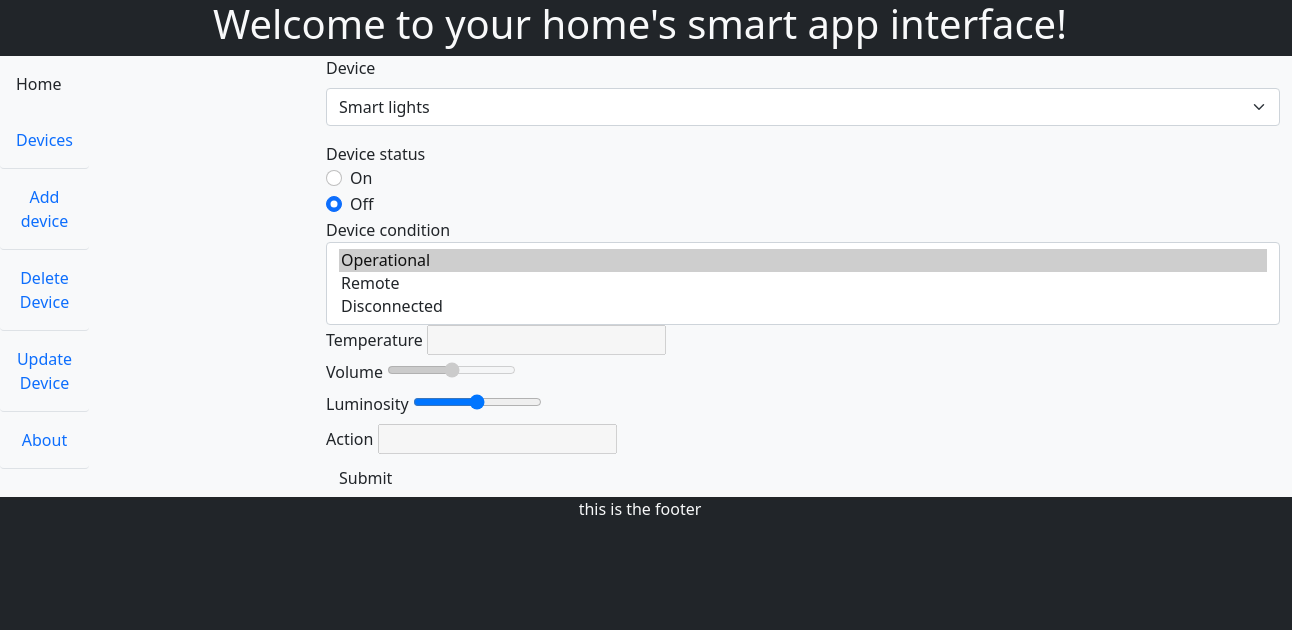
Repository: St-34-lth/stoopid_home
Page: http://localhost/addDevice
These files come from the project's save history. The page is drawn as it stood at one moment and after the next save; the edit follows.
The browser window is 1280 px wide. The page is 1292 px wide, so the pictures cover 1292 px, including what lies to the right of the window. The pictures show the whole page.
The page is served by the project's Node server (index.js).

Above is the page before, as saved 2022-01-14 11:03:11.

### views/addDevice.html


<%- include('templates/base', {title: title, content:content}) %>

### views/templates/base.ejs
<!DOCTYPE html>
<html lang="en">
<head>

          <!--  meta tags -->
          <meta charset="utf-8">
          <meta http-equiv="X-UA-Compatible" content="IE=edge">
          <meta name="viewport" content="width=device-width, initial-scale=1">

          <%- include('scripts',{}) %>


          <title>
                    <%= title %>
          </title>


</head>


<body class='bg-dark'>
          <header>
                    <%-include('header', {}) %>

          </header>


         <!-- navbar -->


          <main>
          <div class='row bg-light text-dark '>
                    <div class='col-lg-3'>
                    <%- include('navbar', {}) %>


                    </div>
                    <% if(content.home){ %>
                             <div class='col-lg'>
                              <%- content.main %>
                              </div>
                    <% }else if(content.about){ %>
                              <div class='col-lg'>
                              <%= content.main %>
                                        </div>
                    <% }else if(content.devicePage){ %>
                              <!-- <%= content.main %> -->

                              <%- include('deviceList', {devices:content.deviceListItems}) %>

                    <% }else if(content.updDevice){ %>
                              <!-- <%= content.main %> -->
                              <%- include('update', {devices:content.deviceListItems,availableDevices:content.availableDevices}) %>

                    <% }else if(content.addDevice){ %>

                              <%- include('add', {availableDevices:content.availableDevices,scripts:content.scripts}) %>

                    <% }else if(content.delDevice){ %>
                              <!-- <%= content.main %> -->
                              <%- include('del', {devices:content.deviceListItems}) %>

                    <% }else { %>
                              <%- include('error', {}) %>
                    <% } %>

          </div>

          </main>

          <footer>
                    <%-include('footer', {}) %>
          </footer>

</body>



</html>

### views/templates/scripts.ejs
<link href="https://cdn.jsdelivr.net/npm/bootstrap@5.1.3/dist/css/bootstrap.min.css" rel="stylesheet"
          integrity="sha384-1BmE4kWBq78iYhFldvKuhfTAU6auU8tT94WrHftjDbrCEXSU1oBoqyl2QvZ6jIW3" crossorigin="anonymous">
<!-- JavaScript Bundle with Popper -->
<script src="https://cdn.jsdelivr.net/npm/bootstrap@5.1.3/dist/js/bootstrap.bundle.min.js"
          integrity="sha384-ka7Sk0Gln4gmtz2MlQnikT1wXgYsOg+OMhuP+IlRH9sENBO0LRn5q+8nbTov4+1p"
          crossorigin="anonymous"></script>

<link rel='stylesheet' href="/styles/styles.css">
<script  src="/scripts/scripts.js"></script>

### views/templates/header.ejs
<div class='row justify-content-center' >
          <div class='col-lg text-light bg-dark text-center'>
                    <h1>Welcome to your home's smart app interface!</h1>
          </div>
</div>

### views/templates/navbar.ejs
<div class="d-flex flex-column flex-shrink-0 bg-light" style="width: 4.5rem;">
          <a href="/" class="d-block p-3 link-dark text-decoration-none" title="" data-bs-toggle="tooltip"
                    data-bs-placement="right" data-bs-original-title="Icon-only">
                    Home
          </a>
          <ul class="nav nav-pills nav-flush flex-column mb-auto text-center">
                    <li class="nav-item">
                              <a href="/devices" class="nav-link py-3 border-bottom" aria-current="page" title=""
                                        data-bs-toggle="tooltip" data-bs-placement="right"
                                        data-bs-original-title="Home">
                                        Devices
                              </a>
                    </li>
                    <li>
                              <a href="/addDevice" class="nav-link py-3 border-bottom" title="" data-bs-toggle="tooltip"
                                        data-bs-placement="right" data-bs-original-title="Dashboard">
                                        Add device
                              </a>
                    </li>
                    <li>
                              <a href="/delDevice" class="nav-link py-3 border-bottom" title="" data-bs-toggle="tooltip"
                                        data-bs-placement="right" data-bs-original-title="Orders">
                                        Delete Device
                              </a>
                    </li>
                    <li>
                              <a href="/updDevice" class="nav-link py-3 border-bottom" title="" data-bs-toggle="tooltip"
                                        data-bs-placement="right" data-bs-original-title="Products">
                                        Update Device
                              </a>
                    </li>
                    <li>
                              <a href="/about" class="nav-link py-3 border-bottom" title="" data-bs-toggle="tooltip"
                                        data-bs-placement="right" data-bs-original-title="about">
                                        About
                              </a>
                    </li>

          </ul>

</div>

### views/templates/add.ejs
<div class='col-lg' >

<script>
addEventListener('DOMContentLoaded',eventHandler,{'once':true})
</script>

<form id="registerDevice" method='post' name="registerDevice" action='registerDevice'>


          <!-- Device name -->


                    <label class='form-label text-dark ' for='deviceName'>Device</label>
                    <select onchange='addPageEventListener(event,availableDevices)' id="selectDeviceName" name='deviceName' class="form-select form-select-md mb-3">
                              <% availableDevices.forEach((device,index) =>  { %>
                                        <option id="<%= index %>"><%= device.name %></option>

                              <% }) %>

                    </select>

          <!-- Status -->
                    <label class='text-dark form label' for='status'>Device status</label>
                    <div class="form-check">
                              <input class="form-check-input property" type="radio" name="status" id="deviceOn" value="1" >
                              <label class="form-check-label" for="flexRadioDefault1">
                                        On
                              </label>
                    </div>
                    <div class="form-check">
                              <input class="form-check-input property" type="radio" name="status" id="deviceOff" value="0" checked>
                              <label class="form-check-label" for="flexRadioDefault2">
                                        Off
                              </label>
                    </div>


          <!-- Condition -->
                    <label for="condition">Device condition</label>
                    <select id="deviceCondition" name="condition" class="form-select property" size="3" aria-label="size 3 select">
                              <option selected>Operational</option>
                              <option value="Remote">Remote</option>
                              <option value="Disconnected">Disconnected</option>

                    </select>
          <!-- Temperature -->
                    <label for="temperature" class="form-label">Temperature</label>
                    <input class='property' disabled type="text" id="deviceTemperature" name="temperature" defaultValue="">

          <!-- Volume -->
                    <div id="volumeContainer">
                    <label class='form-label text-dark' for='volume'>Volume</label>
                    <input onchange="updateVolumeEventListener(this)" class='property'disabled id="deviceVolume"type="range" min="0" max="100" step="1" defaultValue="0"value=""name="volume">
                              <span id="volumeValueContainer"></span>
                    </div>
          <!-- Luminosity -->
          <div id="luminosityContainer">
                    <label class='form-label text-dark' for='luminosity'>Luminosity</label>
                    <input onchange="updateLuminosityEventListener(this)" class='property' disabled id="deviceLuminosity" type="range"
                              min="0" max="100" step="1" defaultValue="0" value="" name="luminosity">
                    <span id="luminosityValueContainer"></span>
          </div>

          <div id="actionContainer">
          <label for="action" class="form-label">Action</label>
          <input class='property' disabled type="text" id="deviceAction" name="action" defaultValue="">
          </div>


                    <div id="error"></div>
          <button form="registerDevice" onClick='validateRegisterForm(availableDevices)' class="btn btn-submit" type="button">Submit</button>
</form>

<script>
var availableDevices = '<%- JSON.stringify(availableDevices) %>'
</script>

<!-- is this necessary? -->
<% if(content.error) {%>
          <script>window.alert('error')</script>
<% } %>
</div>

### views/templates/footer.ejs
<div class='row justify-content-center'>
          <div class='text-center col-lg bg-dark'>
                    <span class='text-light'>this is the footer</span>
          </div>
</div>

### index.js
const express = require('express')

const mysql = require('mysql')
const bodyParser = require('body-parser')
const ejs = require('ejs')
const path = require('path')
const app = express()
const port = 8089
const ejsLint = require('ejs-lint')
const db = mysql.createConnection({
          host: 'localhost',
          user: 'root',
          password: '1337ub3r',
          database: 'home'})

db.connect((err) => {
          if(err)
          {
                    console.log(err);
                    throw err
          }
          else
          {
                    console.log('Connected to database');
          }})

global.db = db

app.set('views',__dirname+'/views')
app.set('view engine','ejs')
app.engine('html',ejs.renderFile)

app.use(express.static('public'))
app.use(bodyParser.urlencoded({extended: false}))

const homeController = require('./routes/main.js')

app.use('/',homeController)
app.listen(port,() => console.log(`listening on port ${port}!`));

### public/styles/styles.css
html,body {

          width:100%;
}

.hidden{
          display:none;
}

.wrongInput
{


}

### public/scripts/scripts.js
                              /* Helpers */

function optionDisabler(selection,elmts,availableDevices)
{

          availableDevices= JSON.parse(availableDevices)

          let deviceProperties = getDeviceProps(selection,availableDevices)
          disabledProperties = deviceProperties.disabledProps
          deviceProperties = deviceProperties.deviceProperties

          for (i in deviceProperties)
          {
                    let deviceProperty = deviceProperties[i]

                    if( elmts.namedItem(deviceProperty))
                    {
                              elmts.namedItem(deviceProperty).disabled=false
                    }
          }
          for (i in disabledProperties)
          {
                    let disabledProperty = disabledProperties[i]

                    if(elmts.namedItem(disabledProperty))
                    {
                              elmts.namedItem(disabledProperty).disabled=true
                    }
          }

}

// Takes in a form element's name attribute and an index.
// then submits the form element
function submitValidInput(callerFormName,inputElement)
{

          let form = document.getElementsByName(`${callerFormName}`)
          console.log(form[inputElement])
          form[inputElement].submit()
}

// Takes in the http element and its invalid entry. Outputs an alert accordingly and displays the element in red.
function wrongInput(callerElement,inputEntry)
{
          alert("Please enter and appropriate entry for: "+ inputEntry)
          callerElement.setAttribute('class','bg-danger')
}

// maybe export this in the global scoped module
// Takes in a deviceName, the list of available devices, common properties to all devices, if any, and specific device properties. Returns an object with available and disabled properties for the device.
// NOTE: available devices must be a json object NOT stringified.
function getDeviceProps(deviceName,availableDevices,basicProps,extraProps)
{
          let basicProperties = basicProps!=undefined && basicProps.length > 0  ? basicProps : ["status","condition"]
          let extraProperties = extraProps!=undefined &&  extraProps.length > 0  ? extraProps : ["temperature","volume","luminosity","action","settings","openclose"]

          for(device in availableDevices)
          {

                    if(availableDevices[device].name==deviceName)
                    {
                              let deviceExtraProps = availableDevices[device].options
                              let deviceRestrictions = availableDevices[device].restrictions
                              let deviceProperties = basicProperties.concat(deviceExtraProps)

                              let disabledProperties = extraProperties.filter(item=> !deviceProperties.includes(item))

                              return {disabledProps:disabledProperties,deviceProperties:deviceProperties,deviceRestrictions:deviceRestrictions}
                    }
          }
}

                    /* Event handlers/listeners */

function eventHandler(event)
{


          if(event.type='DOMContentLoaded')
          {

                    addPageEventListener(event,availableDevices)
          }

}

// updates the next element sibling (volumeValueContainer) of the slider on value change
function updateVolumeEventListener(e)
{
          e.nextElementSibling.innerHTML= e.value
}

function updateLuminosityEventListener(e)
{
          e.nextElementSibling.innerHTML= e.value
}
//dialogue window event listener. Displays a confirm dialogue and submits a formtarget element if yes, cancels otherwise.
function dialogueWindow(e)
{

          if(confirm("Are you sure?")) e.form.submit()

          else return

}

function updatePageEventListener(availableDevices)
{
          availableDevices = JSON.parse(availableDevices)
          //1 - get all form elements in the tabs

          let deviceForms = document.getElementsByTagName("form")
          //2 - find the deviceName of each form
          for(deviceForm of deviceForms)
          {
                    deviceFormElements = deviceForm.elements

                    //3 - disable accordingly fields
                    //get the current deviceName
                    let deviceName = deviceForm['deviceName'].value

                    //now that we have the deviceName in consideration we need to find its available options

                    //this finds out which options are available for the particular device in the form Element of the page
                    let deviceProps = getDeviceProps(deviceName,availableDevices,["status","condition"],["temperature","volume"])

                    deviceProps.disabledProps.forEach((property)=>{


                              if (deviceFormElements[property])
                              {
                                        deviceFormElements[property].disabled = true

                              }
                    })

          }

}

function addPageEventListener(e,availableDevices)
{
          let callerElement;

          // get the caller element
          if (e.type =="DOMContentLoaded")
          {
                   callerElement = document.getElementById('selectDeviceName')
          }
          else if(e.type=="change")
          {
                    callerElement = e.target || e.srcElement;
                    e = e || window.event;
          }

          // get the selectedDevice name
          let deviceName=callerElement.value
          //now that we have the name, appropriately disable properties
                    //1. get the form element

          let deviceForm = document.getElementsByClassName('property')
          // let deviceFormElements = deviceForm.elements

          //2. figure out which props to disable
          optionDisabler(deviceName,deviceForm,availableDevices)
}


                    /* Validation handlers */

function validateRegisterForm(availableDevices)
{

          let deviceName = document.getElementById("selectDeviceName").value
          let deviceFormElement = document.getElementById('registerDevice')
          validateRegisterDevice(deviceName,deviceFormElement,availableDevices)

}

// takes in a device name, the form element used, and a list of available devices.
// runs entry data checks and calls the wrongInput or submitValidInput functions accordingly.
function validateRegisterDevice(deviceName,deviceFormElement,availableDevices)
{

          // all devices have status and condition so no need to filter for it.
          formElements = deviceFormElement.elements
          availableDevices = JSON.parse(availableDevices)



          let deviceProperties= getDeviceProps(deviceName,availableDevices)
          let deviceRestrictions = deviceProperties.deviceRestrictions
          let restrictedValue;
          for (i in deviceProperties.deviceProperties)
          {
                    let deviceProperty = deviceProperties.deviceProperties[i]

                    if (deviceProperty=='status' || deviceProperty=="settings" || deviceProperty=="openclose")
                    {
                              continue
                    }
                    let value=formElements[deviceProperty].value
                    console.log(deviceProperty,formElements[deviceProperty],formElements[deviceProperty].value)

                    if (deviceProperty =='temperature')
                    {
                              restrictedValue= checkPropertyValues(deviceProperty,deviceRestrictions,value)
                    }

                    if(!validatePropertyValueTypes(deviceProperty,value)|| restrictedValue ==true)
                    {

                              return wrongInput(formElements[deviceProperty],deviceProperty)


                    }

          }
          return submitValidInput(deviceFormElement.name,0)

}
function validateUpdateForm(availableDevices,formID)
{
          let deviceName
          let deviceFormElement = document.getElementById(`updateDevice${formID}`).elements
          // console.log(deviceFormElement)
          deviceName= deviceFormElement['selectedDeviceName'].value

          let deviceProps = getDeviceProps(deviceName,JSON.parse(availableDevices),["status","condition"],["temperature","volume"])
          let deviceRestrictions = deviceProps.deviceRestrictions
          let restrictedValue
          console.log(deviceRestrictions)
          for(property of deviceProps.deviceProperties)
          {
                    propertyElement = deviceFormElement[property]


                    if (property =='temperature')
                    {

                              restrictedValue = checkPropertyValues(d,deviceRestrictions,deviceProperty.value)
                    }


                    if(!validatePropertyValueTypes(propertyElement.name,propertyElement.value)
                              || restrictedValue==true)
                    {

                              return wrongInput(propertyElement,propertyElement.name)
                    }

          }

          let deviceFormName = document.getElementById(`updateDevice${formID}`).name
          formID = formID== 0 ? 0 : formID-1
          // console.log(formID)
          return submitValidInput(deviceFormName,formID)
}
function checkPropertyValues(property,deviceRestrictions,value)
{

          if (property =='temperature')
          {
                    let min = deviceRestrictions[property][0]
                    let max = deviceRestrictions[property][1]
                    console.log('here',max,min)
                    if (value <= max && value >= min ) return false
                    else return true
          }
          return false
}

// JS type checking rocks - not.
// Takes in a deviceProperty name and its value. Returns false if the value is empty or of an incorrect type, otherwise true.

function validatePropertyValueTypes(deviceProperty,propertyValue)
{
          if(propertyValue=="")
          {
                    return false
          }

          if(deviceProperty == "temperature")
          {


                    propertyValue = Number(propertyValue)
                    return (typeof propertyValue == "number" && !isNaN(propertyValue))

                    // I mean look at this. Just look at it. WHY ?
          }
          if(deviceProperty =="action")
          {
                    propertyValue = Number(propertyValue)

                    return !(typeof propertyValue == "number" && !isNaN(propertyValue))
          }


          return true


}

Loaded but not shown: routes/main.js (410 lines, source omitted)

After the next save:
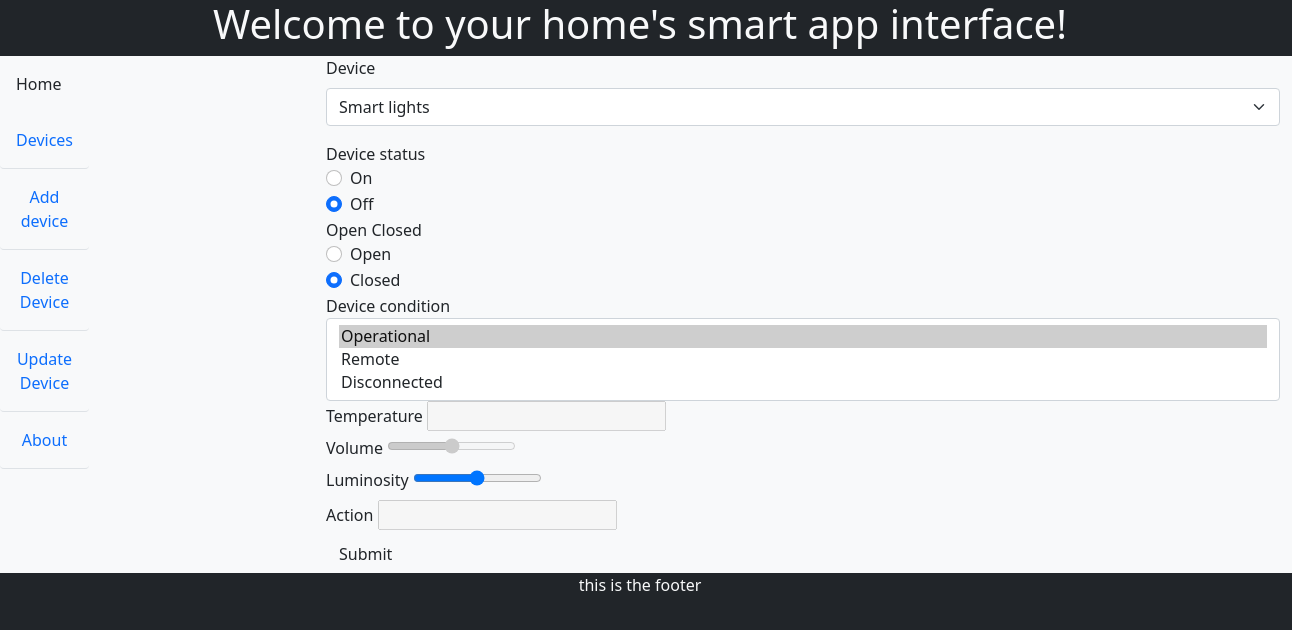
Saved 17 min 40 s later.
--- a/views/templates/add.ejs
+++ b/views/templates/add.ejs
@@ -33,8 +33,20 @@ addEventListener('DOMContentLoaded',eventHandler,{'once':true})
                                         Off
                               </label>
                     </div>
-
-
+          <!-- Openclosed -->
+          <label class='text-dark form label' for='status'>Open Closed</label>
+          <div class="form-check">
+                    <input class="form-check-input property" type="radio" name="openclosed" id="deviceOpen" value="1">
+                    <label class="form-check-label" for="flexRadioDefault1">
+                              Open
+                    </label>
+          </div>
+          <div class="form-check">
+                    <input class="form-check-input property" type="radio" name="openclosed" id="deviceClosed" value="0" checked>
+                    <label class="form-check-label" for="flexRadioDefault2">
+                              Closed
+                    </label>
+          </div>
           <!-- Condition -->
                     <label for="condition">Device condition</label>
                     <select id="deviceCondition" name="condition" class="form-select property" size="3" aria-label="size 3 select">
